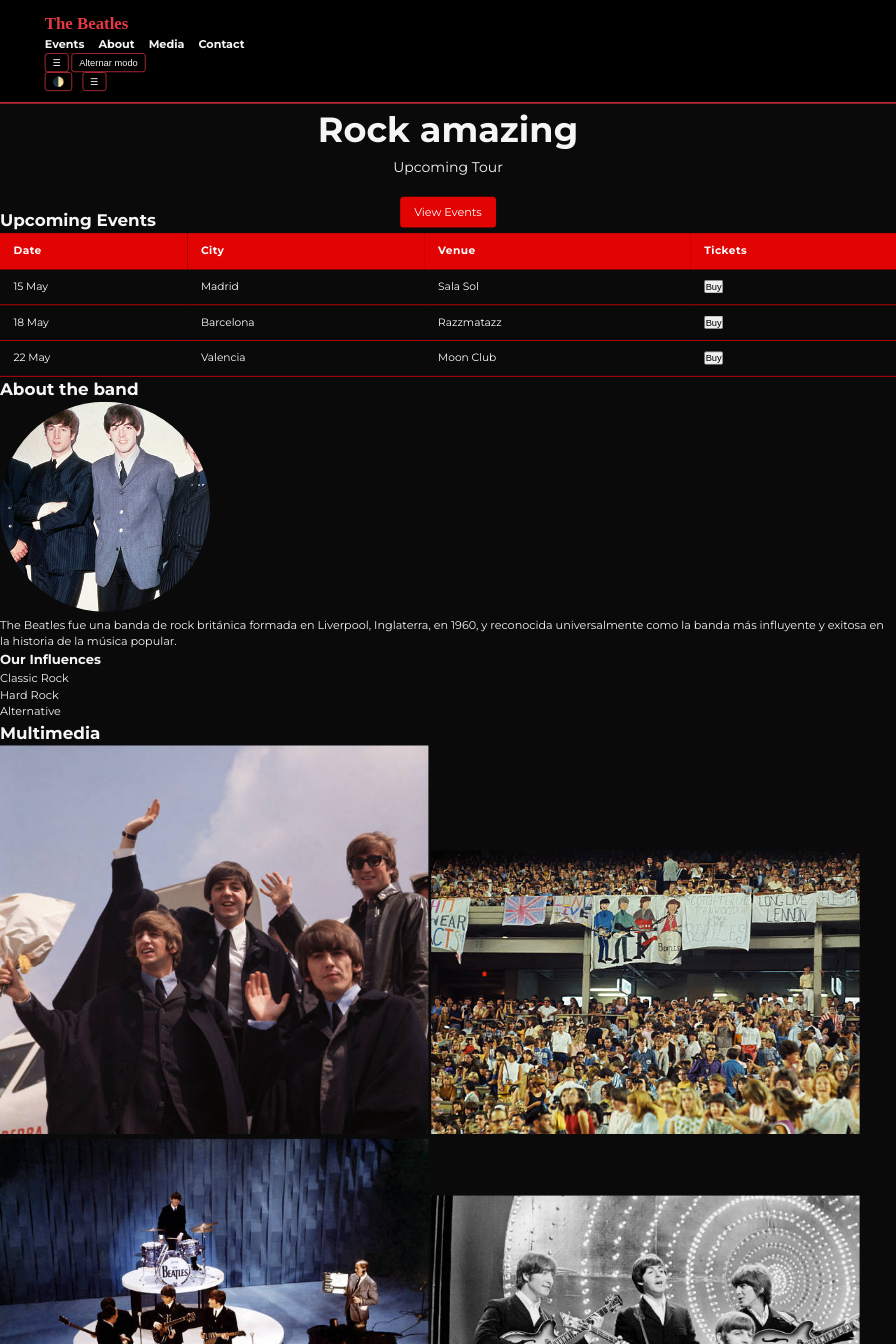
Repository: keiner-dev/Prueba_Desempe-o
Page: index.html
These files come from the project's save history. The page is drawn as it stood at one moment and after a run of saves; the edit follows.
The browser window is 1280 px wide. The pictures show the part of the page from y = 0 to 1920 px (the page is 2634 px tall), at 70% of full size.
Some web fonts or font styles are not loaded; a fallback is used.

Above is the page before, as saved 2026-04-27 14:51:45.

### index.html
<!DOCTYPE html>
<html lang="en">
<head>
    <meta charset="UTF-8">
    <meta name="viewport" content="width=device-width, initial-scale=1.0">
    <title>The Beatles</title>
    <link href="https://fonts.googleapis.com/css2?family=Montserrat:wght@400;700;900&family=Rock+Salt&display=swap" rel="stylesheet">
    <link rel="stylesheet" href="styles.css">
    <script src="script.js"></script>
</head>
<body>
    <header class="header">
        <div class="container_header__inner">
            <div class="logo">
                <span class="logo">The Beatles</span>
        </div>
            </div>

            <nav class="nav">
                <ul class="nav_list">
                    <li><a href="#events">Events</a></li>
                    <li><a href="#about">About</a></li>
                    <li><a href="#media">Media</a></li>
                    <li><a href="#contact">Contact</a></li>
                </ul>
            </nav>

            <button class="menu-toggle">☰</button>
            <button class="alternarModo">Alternar modo</button>
            <div class="header_actions">
                <button class="alternarModo" aria-label="Toggle Theme">🌓</button>
                <button class="menu-toggle" id="mobile-menu-btn">☰</button>
            </div>
        </div>
    </header>

    <main>
        <!--hero-->
        <section class="hero">
            <div class="hero_overlay">
                <h2>Rock amazing</h2>
                <p>Upcoming Tour</p>
                <a href="#events" class="btn">View Events</a>
            </div>
        </section>

        <section id="events" class="events_container">
            <h2>Upcoming Events</h2>

            <table class="events__table">
                <thead>
                    <tr>
                        <th>Date</th>
                        <th>City</th>
                        <th>Venue</th>
                        <th>Tickets</th>
                    </tr>
                </thead>
                <tbody>
                    <tr>
                        <td>15 May</td>
                        <td>Madrid</td>
                        <td>Sala Sol</td>
                        <td><button>Buy</button></td>
                    </tr>
                    <tr>
                        <td>18 May</td>
                        <td>Barcelona</td>
                        <td>Razzmatazz</td>
                        <td><button>Buy</button></td>
                    </tr>
                    <tr>
                        <td>22 May</td>
                        <td>Valencia</td>
                        <td>Moon Club</td>
                        <td><button>Buy</button></td>
                    </tr>
                </tbody>
            </table>
        </section>

        <!--About-->
        <section id="about" class="about_container">
            <h2>About the band</h2>

            <div class="about_content">
                <img src="./assets/img/beatles.jpg" alt="the beatles">

                <article>
                    <p>
                        The Beatles fue una banda de rock británica formada en Liverpool, Inglaterra, en 1960, y reconocida universalmente como la banda más influyente y exitosa en la historia de la música popular.
                    </p>

                    <h3>Our Influences</h3>
                    <ul>
                        <li>Classic Rock</li>
                        <li>Hard Rock</li>
                        <li>Alternative</li>
                    </ul>
                </article>
            </div>
        </section>

        <!--Media-->
        <section id="media" class="media_container">
        <section id="media" class="media_container reveal">
            <h2>Multimedia</h2>

            <div class="media_grid">
                <img src="./assets/img/img-1.jpg" alt="">
                <img src="./assets/img/img-2.jpg" alt="">
                <img src="./assets/img/img-3.jpg" alt="">
                <img src="./assets/img/img-4.jpg" alt="">
                <img src="./assets/img/img-5.jpg" alt="">
                <img src="./assets/img/img-6.jpg" alt="">
            </div>
        </section>
    </main>

    <!--Footer-->
    <footer id="contact" class="footer">
        <div class="container_footer">
            <p>© <span id="year"></span> The Beatles</p>

            <ul class="social">
                <li><a href="#">Instagram</a></li>
                <li><a href="#">Youtube</a></li>
                <li><a href="#">Spotify</a></li>
            </ul>
        </div>
    </footer>
    <script src="script.js"></script>
</body>
</html>

### styles.css
/* General Variables */
:root {
    --primary-color: #e63946;
    --bg-dark: #0a0a0a;
    --bg-light: #1a1a1a;
    --text-light: #f5f5f5;
    --accent-color: #e20303;
}

* {
    margin: 0;
    padding: 0;
    box-sizing: border-box;
}
a {
    text-decoration: none;
}


body {
    font-family: 'Montserrat', sans-serif;
    background-color: var(--bg-dark);
    color: var(--text-light);
    line-height: 1.5;
    overflow-x: hidden;
    transition: var(--transition);
}

/* Header & Nav */
.header {
    background-color: #000;
    padding: 1rem 5%;
    position: sticky;
    top: 0;
    z-index: 1000;
    border-bottom: 2px solid var(--primary-color);
}

.container_header__inner {
    display: flex;
    justify-content: space-between;
    align-items: center;
}

.logo {
    font-family: 'Rock Salt', cursive;
    font-size: 1.5rem;
    font-weight: bold;
    color: var(--primary-color);
}

.header_actions {
    display: flex;
    gap: 15px;
    align-items: center;
}

.alternarModo, .menu-toggle {
    background: none;
    border: 1px solid var(--primary-color);
    color: var(--text-light);
    padding: 5px 10px;
    cursor: pointer;
    border-radius: 4px;
}

.nav_list {
    display: flex;
    list-style: none;
    gap: 20px;
}

.nav_list a {
    text-decoration: none;
    color: var(--text-light);
    font-weight: 600;
    transition: var(--transition);
}

.nav_list a:hover {
    color: var(--accent-color);
}

.hero_overlay h2{
    font-size: 50px;
    font-weight: 30px;
    text-align: center;
}

.hero_overlay p {
    font-size: 20px;
    text-align: center;
}

.hero_overlay a {
    text-align: center;
    background-color: #e20303;
    color: #fff;
    padding: 10px 20px;
    border-radius: 5px;
    text-decoration: none;
    display: inline-block;
    transition: var(--transition);
}

section .btn {
    position: relative;
    top: 50px;
    left: 50%;
    transform: translate(-50%, -50%);
    color: white;
    text-align: center;
}

.events__table {
    width: 100%;
    border-collapse: collapse;
    font-size: 0.95rem;
    min-width: 550px;

}

.events__table thead{
    border-radius: 23px;
    background-color: #e20303;
    color: white;
    text-align: left;
}

.events__table th {
    padding: 0.9rem 1.2rem;
    text-align: left;
    font-weight: 700;
    letter-spacing: 0.04rem;
}

.events__table td {
    padding: 0.85rem 1.2rem;
    border-bottom: 1px solid #ff0000;
    color: white;
    transition: 0.3s ease;
}

.events__table tbody tr:hover td {
    color: white;
    background-color: #e20303
}

.about_content img {
    height: 300px;
    width: 300px;
    border-radius: 50%;
    object-fit: cover;

}

### script.js
document.addEventListener('DOMContentLoaded', () => {
    // 1. Dynamic Year
    const yearSpan = document.getElementById('year');
    if (yearSpan) yearSpan.textContent = new Date().getFullYear();

    // 2. Mobile Menu Toggle
    const menuBtn = document.getElementById('mobile-menu-btn');
    const nav = document.getElementById('main-nav');

    menuBtn.addEventListener('click', () => {
        nav.classList.toggle('active');
        menuBtn.textContent = nav.classList.contains('active') ? '✕' : '☰';
    });

    // 3. Dark/Light Mode Toggle
    const modeBtn = document.querySelector('.alternarModo');
    modeBtn.addEventListener('click', () => {
        document.body.classList.toggle('light-mode');
    });

    // 4. Scroll Reveal Animation
    const reveals = document.querySelectorAll('.reveal');
    const revealOnScroll = () => {
        reveals.forEach(el => {
            const windowHeight = window.innerHeight;
            const elementTop = el.getBoundingClientRect().top;
            const elementVisible = 150;
            if (elementTop < windowHeight - elementVisible) {
                el.classList.add('active');
            }
        });
    };
    window.addEventListener('scroll', revealOnScroll);
    revealOnScroll(); // Initial check

    // 5. Buy buttons interaction
    const buyButtons = document.querySelectorAll('.events__table button');
    buyButtons.forEach(btn => btn.addEventListener('click', () => alert('Redirecting to ticket office...')));
});

After the next 2 saves:
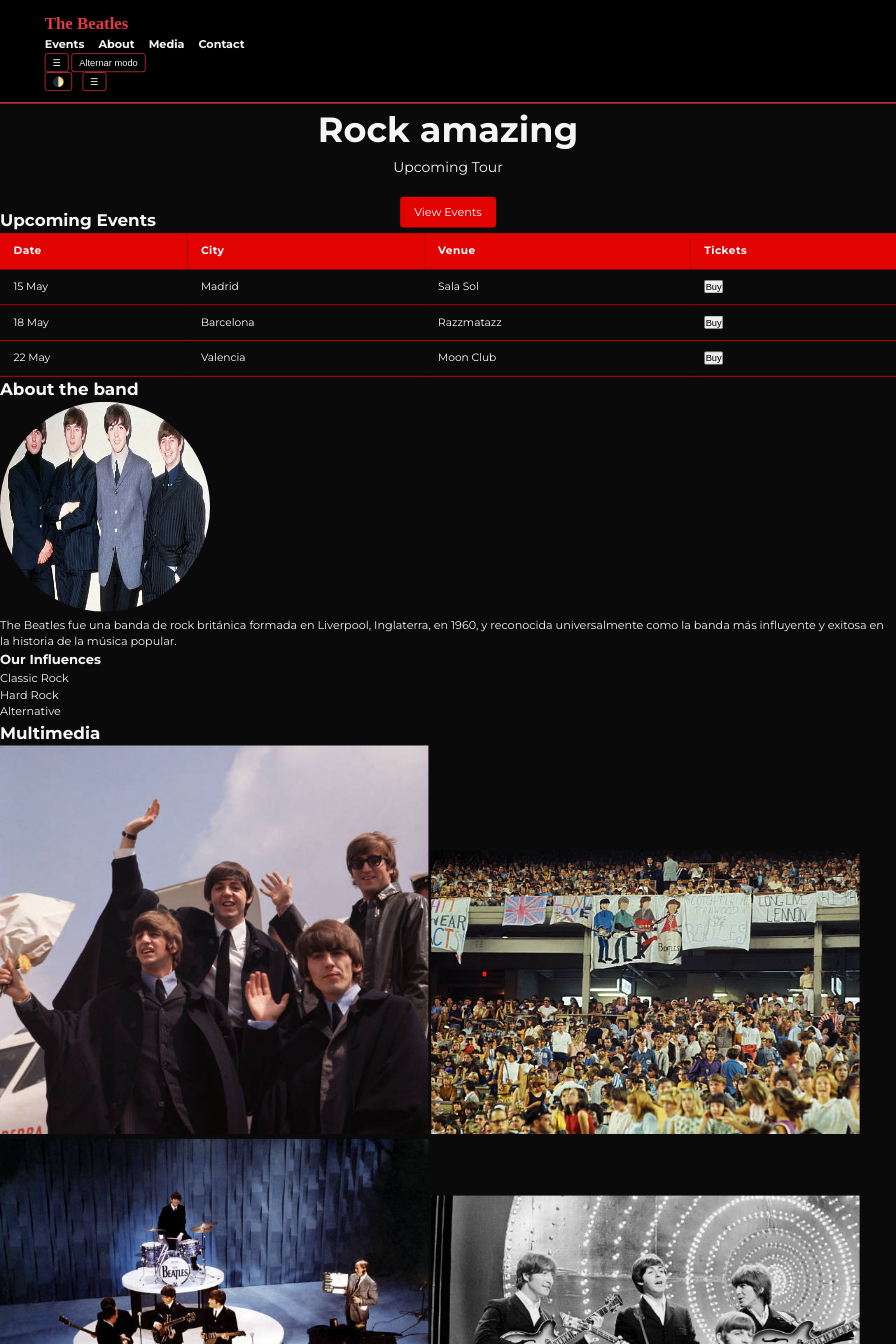
The 2 saves are shown as one change because they came seconds apart.
The last was saved 10 s later.
--- a/styles.css
+++ b/styles.css
@@ -150,6 +150,6 @@
     height: 300px;
     width: 300px;
     border-radius: 50%;
-    object-fit: cover;
+    object-fit: cov;
 
 }
